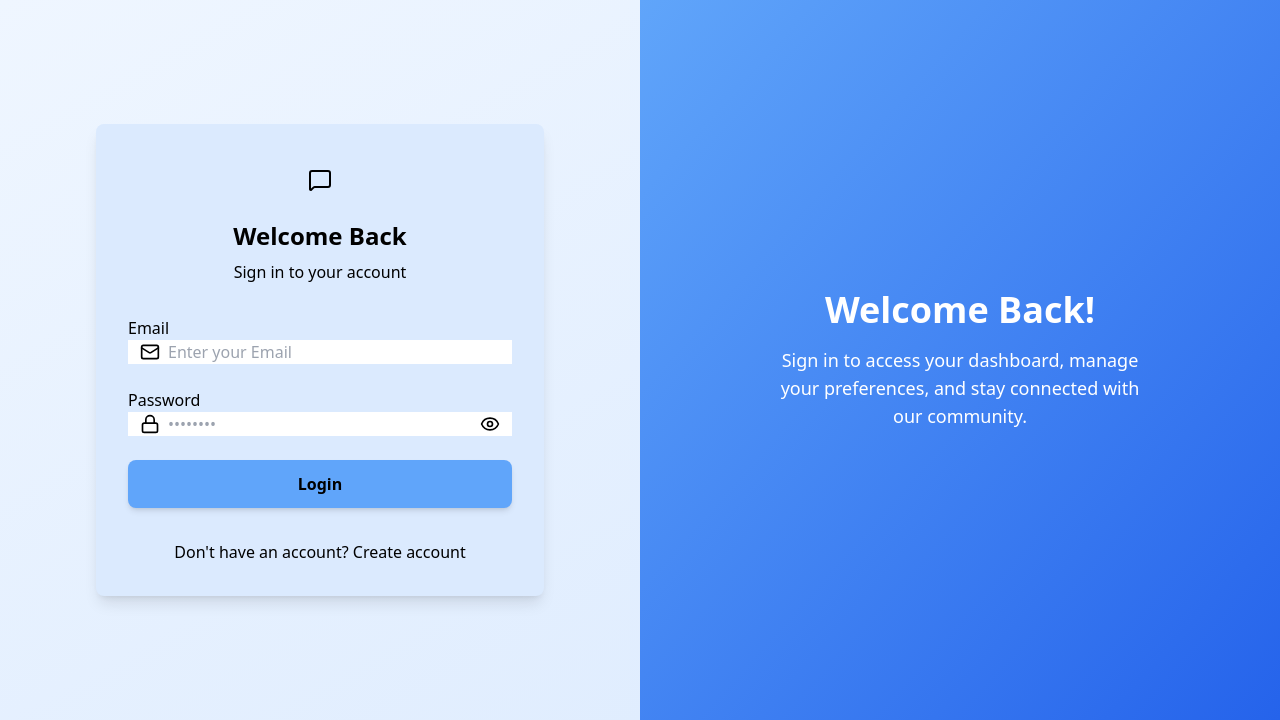
Repository: Subhashree-Nayak507/Test
Page: /login (app in client/)
An editor plug-in stored every save of this project. The page is shown before and after the next save, followed by the edit.
The browser window is 1280 px wide. The pictures show the whole page.
The project was rebuilt for these pictures with package versions that can differ from the ones it lists, and the page was loaded fresh each time. Also part of the build but not shown: client/vite.config.js, client/src/pages/FormPage.jsx, client/src/pages/SignupPage.jsx.

Above is the page before, as saved 2025-01-06 09:07:00.

### client/src/main.jsx
import React from 'react'
import ReactDOM from 'react-dom/client'
import App from './App.jsx'
import './index.css'
import { Provider } from 'react-redux';
import { BrowserRouter } from 'react-router-dom'
import store from './store/store.js';

ReactDOM.createRoot(document.getElementById('root')).render(
    <Provider store={store}>
       <BrowserRouter>
          <App />
        </BrowserRouter>
    </Provider>

)

### client/src/App.jsx
import { Route, Routes } from 'react-router-dom';
import FormPage from './pages/FormPage';
import SignUpPage from './pages/SignupPage';
import LoginPage from './pages/LoginPage';

const App = () =>{
    return (
        < >
         <Routes >
           <Route path="/" element={<SignUpPage />} />
           <Route path="/login" element={<LoginPage />} />
            <Route path="/formPage" element={<FormPage />} />
         </Routes>
        </>

      )

}
export default App;

### client/src/store/store.js
import { configureStore } from '@reduxjs/toolkit';
import formReducer from './FormSlice/FormSlice';

const store = configureStore({
  reducer: {
    form: formReducer,
  },
});

export default store;

### client/src/pages/LoginPage.jsx
import { useState } from "react";
import { Link } from "react-router-dom";
import { Eye, EyeOff, Loader2, Lock, Mail, MessageSquare } from "lucide-react";

const LoginPage = () => {
  const [showPassword, setShowPassword] = useState(false);
  const [email, setEmail] = useState("");
  const [password, setPassword] = useState("");
  const [isLoggingIn, setIsLoggingIn] = useState(false);

  const handleSubmit = async (e) => {
    e.preventDefault();
    setIsLoggingIn(true);

    // Simulate login delay (remove this in actual implementation)
    setTimeout(() => {
      setIsLoggingIn(false);
      alert("Logged in successfully!"); // Replace with actual login logic
    }, 2000);
  };

  return (
    <div className="h-screen grid lg:grid-cols-2 bg-gradient-to-br from-blue-50 to-blue-100">
      {/* Left Side - Form */}
      <div className="flex flex-col justify-center items-center p-6 sm:p-12">
        <div className="w-full max-w-md space-y-8 bg-blue-100 p-8 shadow-lg rounded-lg">
          {/* Logo */}
          <div className="text-center mb-8">
            <div className="flex flex-col items-center gap-2 group">
              <div
                className="w-12 h-12 rounded-xl bg-primary/10 flex items-center justify-center
                group-hover:bg-primary/20 transition-colors"
              >
                <MessageSquare className="w-6 h-6 text-primary" />
              </div>
              <h1 className="text-2xl font-bold mt-2">Welcome Back</h1>
              <p className="text-base-content/60">Sign in to your account</p>
            </div>
          </div>

          {/* Form */}
          <form onSubmit={handleSubmit} className="space-y-6 ">
            <div className="form-control">
              <label className="label">
                <span className="label-text font-medium">Email</span>
              </label>
              <div className="relative">
                <div className="absolute inset-y-0 left-0 pl-3 flex items-center pointer-events-none">
                  <Mail className="h-5 w-5 text-base-content/40" />
                </div>
                <input
                  type="email"
                  className="input input-bordered w-full pl-10 focus:ring-2 focus:ring-primary focus:outline-none"
                  placeholder="Enter your Email"
                  value={email}
                  onChange={(e) => setEmail(e.target.value)}
                />
              </div>
            </div>

            <div className="form-control">
              <label className="label">
                <span className="label-text font-medium">Password</span>
              </label>
              <div className="relative">
                <div className="absolute inset-y-0 left-0 pl-3 flex items-center pointer-events-none">
                  <Lock className="h-5 w-5 text-base-content/40" />
                </div>
                <input
                  type={showPassword ? "text" : "password"}
                  className="input input-bordered w-full pl-10 focus:ring-2 focus:ring-primary focus:outline-none"
                  placeholder="••••••••"
                  value={password}
                  onChange={(e) => setPassword(e.target.value)}
                />
                <button
                  type="button"
                  className="absolute inset-y-0 right-0 pr-3 flex items-center"
                  onClick={() => setShowPassword(!showPassword)}
                >
                  {showPassword ? (
                    <EyeOff className="h-5 w-5 text-base-content/40" />
                  ) : (
                    <Eye className="h-5 w-5 text-base-content/40" />
                  )}
                </button>
              </div>
            </div>

            <button
              type="submit"
              className={`btn btn-primary w-full flex justify-center bg-blue-400 text-black
               items-center py-3 rounded-lg font-semibold shadow-md transition-all duration-300 hover:bg-primary-focus
                hover:scale-105 active:scale-95 `}>
              Login
            </button>
          </form>

          <div className="text-center">
            <p className="text-base-content/60">
              Don&apos;t have an account?{" "}
              <Link to="/" className="link link-primary">
                Create account
              </Link>
            </p>
          </div>
        </div>
      </div>

      {/* Right Side - Decorative */}
      <div className="hidden lg:flex items-center justify-center bg-gradient-to-br from-blue-400 to-blue-600 text-white">
        <div className="text-center max-w-md p-8">
          <h2 className="text-4xl font-bold mb-4">Welcome Back!</h2>
          <p className="text-lg">
            Sign in to access your dashboard, manage your preferences, and stay
            connected with our community.
          </p>
        </div>
      </div>
    </div>
  );
};

export default LoginPage;

### client/src/store/FormSlice/FormSlice.js
import { createSlice, createAsyncThunk } from '@reduxjs/toolkit';
import axios from 'axios';

// Constants
const API_URL = 'http://localhost:5000/form';

// Initial state
const initialState = {
  formData: {
    name: '',
    email: '',
    file: null,
  },
  status: 'idle',
  error: null,
};

// Async thunk for form submission
export const submitForm = createAsyncThunk(
  'form/submitForm',
  async (formData, { rejectWithValue }) => {
    try {
      const data = new FormData();

      data.append('Name', formData.name);
      data.append('email', formData.email);
      data.append('File', formData.file);

      const response = await axios.post(API_URL, data, {
        headers: { 'Content-Type': 'multipart/form-data' },
      });
      return response.data;
    } catch (error) {
      return rejectWithValue(
        error.response?.data || 'Failed to submit form'
      );
    }
  }
);

const formSlice = createSlice({
  name: 'form',
  initialState,
  reducers: {
    updateForm: (state, action) => {
      state.formData = { ...state.formData, ...action.payload };
    },
    resetForm: (state) => {
      state.formData = initialState.formData;
      state.status = 'idle';
      state.error = null;
    },
  },
  extraReducers: (builder) => {
    builder
      .addCase(submitForm.pending, (state) => {
        state.status = 'loading';
        state.error = null;
      })
      .addCase(submitForm.fulfilled, (state) => {
        state.status = 'succeeded';
        state.formData = initialState.formData;
      })
      .addCase(submitForm.rejected, (state, action) => {
        state.status = 'failed';
        state.error = action.payload;
      });
  },
});

export const { updateForm, resetForm } = formSlice.actions;
export default formSlice.reducer;

Loaded but not shown: client/index.html (common file); client/src/index.css (common file); client/tailwind.config.js (common file)

After the next save:
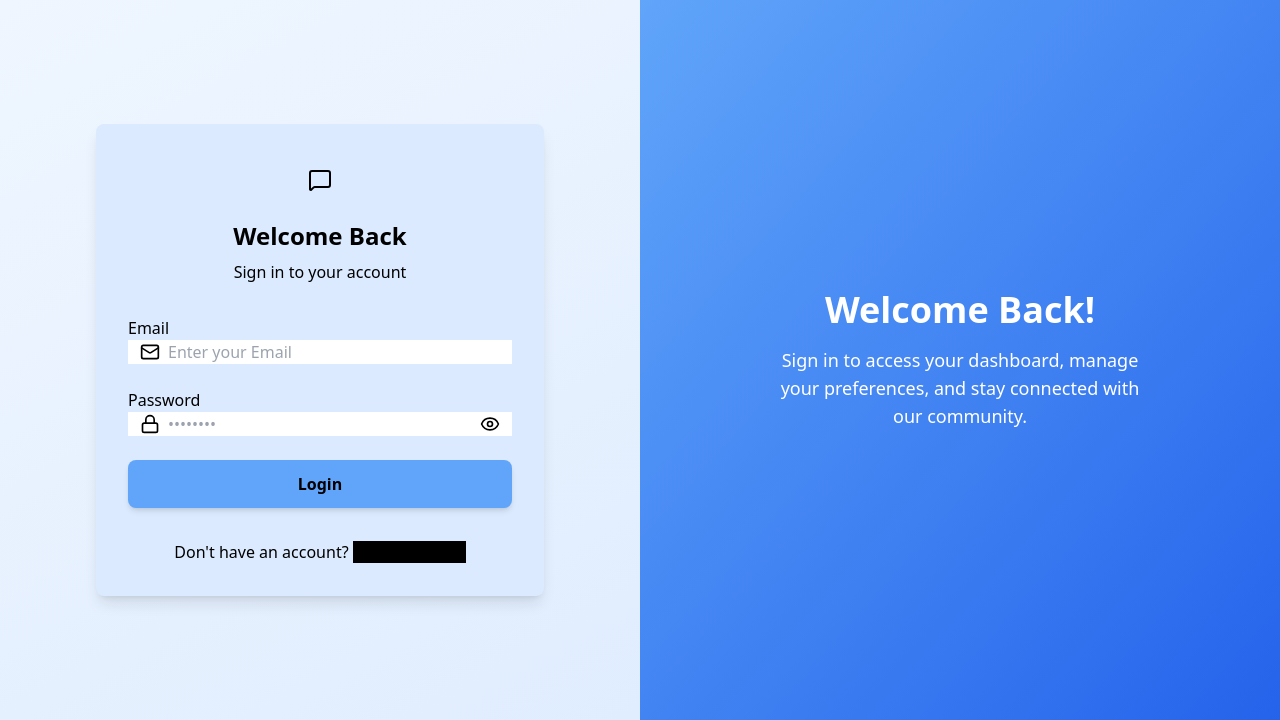
Saved 40 s later.
--- a/client/src/pages/LoginPage.jsx
+++ b/client/src/pages/LoginPage.jsx
@@ -99,7 +99,7 @@
           <div className="text-center">
             <p className="text-base-content/60">
               Don&apos;t have an account?{" "}
-              <Link to="/" className="link link-primary">
+              <Link to="/" className="link link-primary bg-black">
                 Create account
               </Link>
             </p>

After the save that followed:
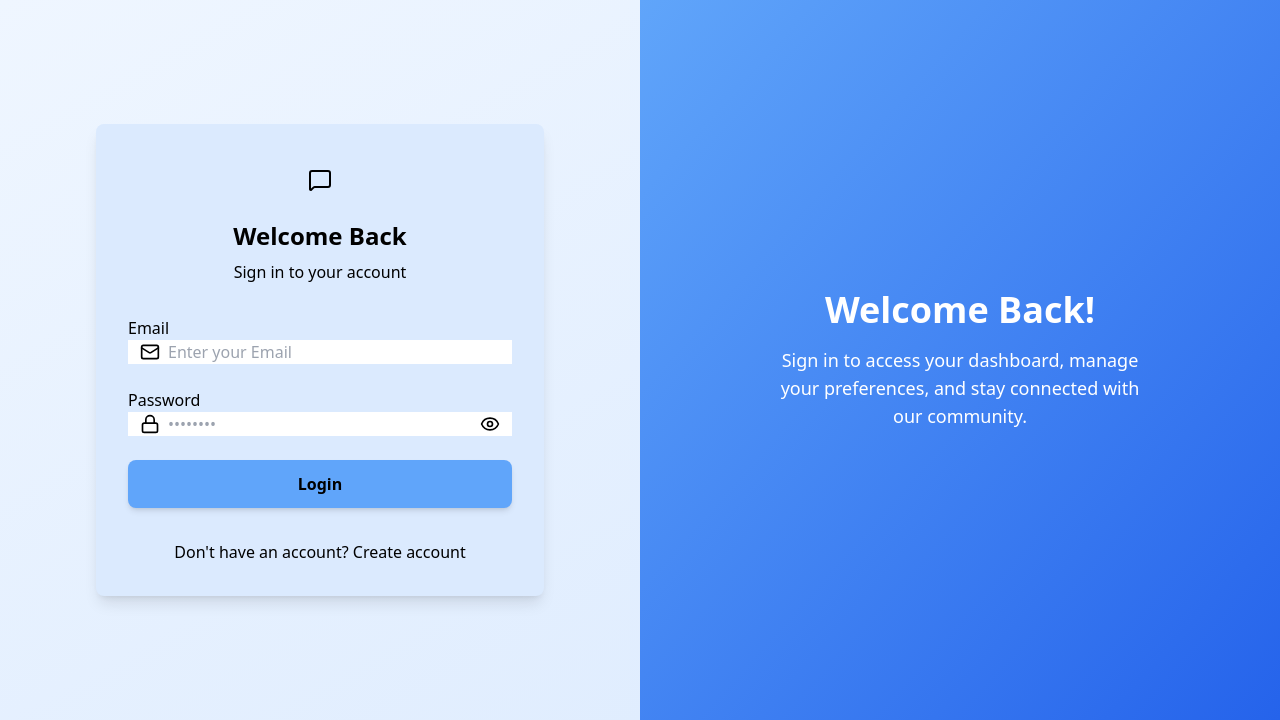
Saved 12 s later.
--- a/client/src/pages/LoginPage.jsx
+++ b/client/src/pages/LoginPage.jsx
@@ -99,7 +99,7 @@
           <div className="text-center">
             <p className="text-base-content/60">
               Don&apos;t have an account?{" "}
-              <Link to="/" className="link link-primary bg-black">
+              <Link to="/" className="link link-primary text-black">
                 Create account
               </Link>
             </p>
